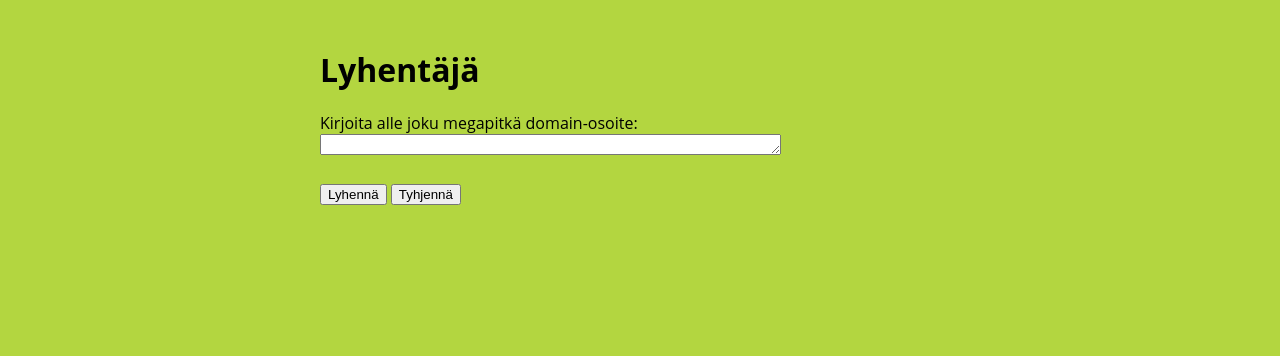
Repository: koodaajakige/knykanen
Page: public_html/redirect/lomake.html
These files come from the project's save history. The page is drawn as it stood at one moment and after the next save; the edit follows.
The browser window is 1280 px wide. The pictures show the whole page.

Above is the page before, as saved 2023-01-12 12:14:51.

After the next save:
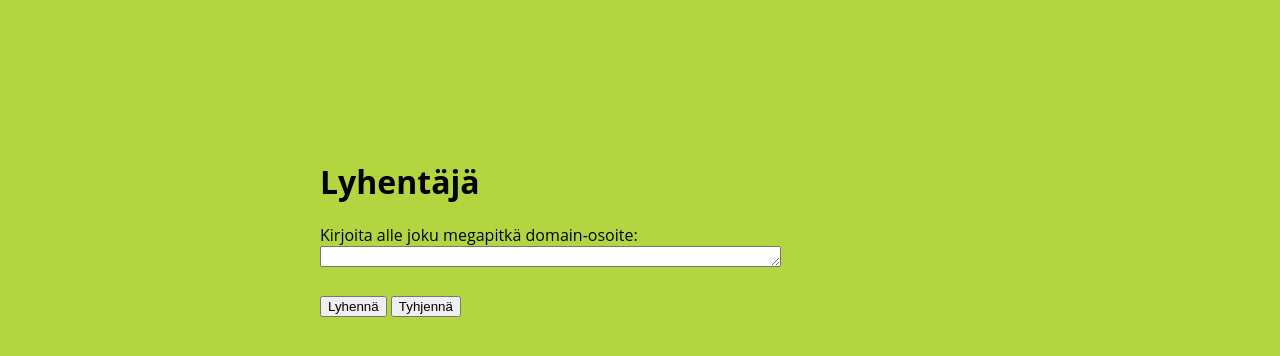
Saved 16 s later.
--- a/public_html/redirect/kigestyle.css
+++ b/public_html/redirect/kigestyle.css
@@ -5,5 +5,5 @@ body {
     background-color: rgb(179, 214, 64);
     max-width: 40em;
 	width: 90%;
-	margin: 3em auto;
+	margin: 10em auto;
 }
